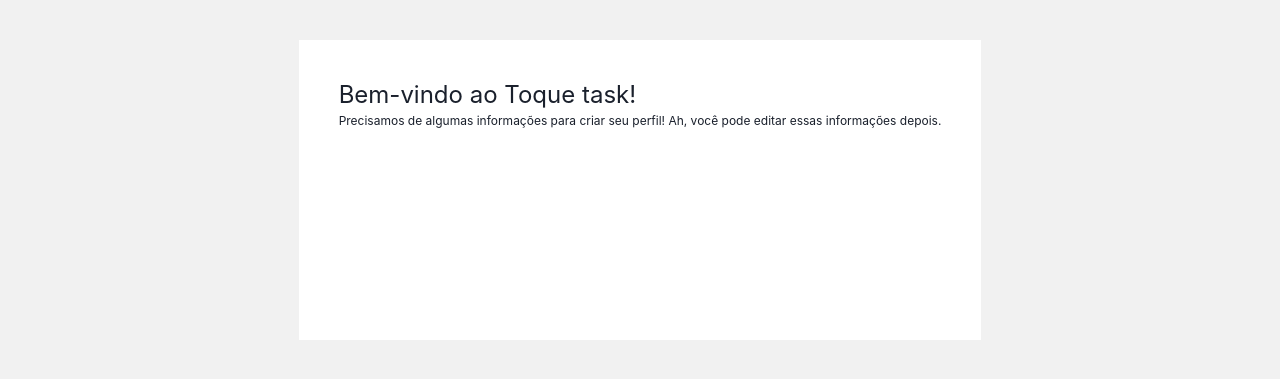
Repository: jorgelucasjs/chakra-ui-doc
Page: /
The author's editor kept a copy of each file at every save. The page is drawn from the files as they stood at one save, then again after a run of saves.
The browser window is 1280 px wide. The pictures show the whole page.
The project was rebuilt for these pictures with package versions that can differ from the ones it lists, and the page was loaded fresh each time.

Above is the page before, as saved 2023-01-06 14:09:16.

After the next 5 saves:
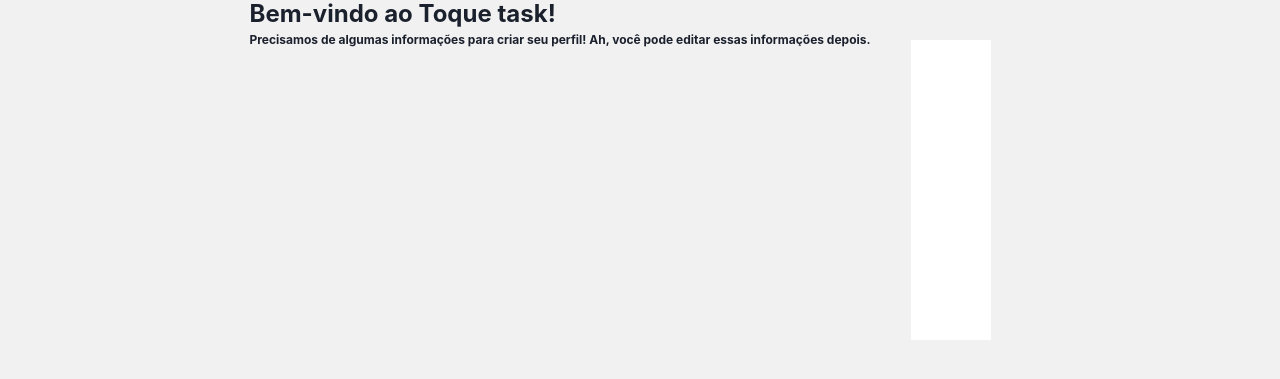
The 5 saves are shown as one change because they came seconds apart.
The last was saved 13 s later.
--- a/src/pages/index.tsx
+++ b/src/pages/index.tsx
@@ -5,14 +5,14 @@
 export default function index(): JSX.Element {
 
 	return (
-		<Flex justify={'center'} bg={'#F1F1F1'} height='100vh'>
+		<Flex justify={'center'} bg={'#F1F1F1'} height='100vh' di>
 			<Heading>
-
-			</Heading>
-			<Box bg='#fff' p={10} m={10} h={300}>
 				<Text fontSize='2xl' mb={1}>Bem-vindo ao Toque task!</Text>
 				<Text fontSize='xs'>Precisamos de algumas informações para criar seu perfil! Ah,
 					você pode editar essas informações depois.</Text>
+			</Heading>
+			<Box bg='#fff' p={10} m={10} h={300}>
+
 			</Box>
 		</Flex>
 	);
